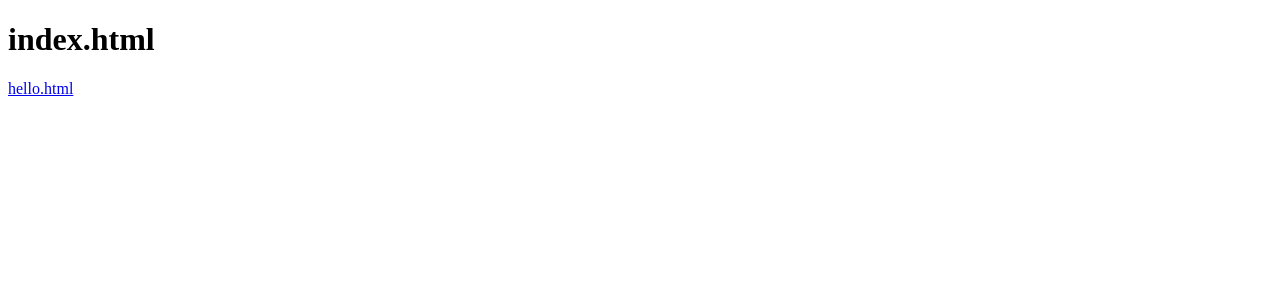
Repository: yaya9-24/springboot
Page: work/boot01hello/src/main/resources/static/index.html
These files come from the project's save history. The page is drawn as it stood at one moment and after the next save; the edit follows.
The browser window is 1280 px wide. The pictures show the whole page.

Above is the page before, as saved 2024-08-28 02:02:15.

After the next save:
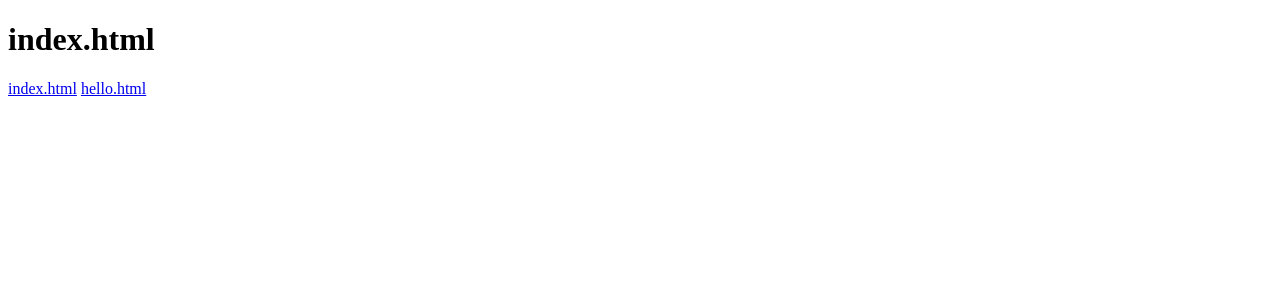
Saved 25 s later.
--- a/work/boot01hello/src/main/resources/static/index.html
+++ b/work/boot01hello/src/main/resources/static/index.html
@@ -6,6 +6,7 @@
 </head>
 <body>
 	<h1>index.html</h1>
+	<a href="index.html">index.html</a>
 	<a href="hello.html">hello.html</a>
 </body>
 </html>
